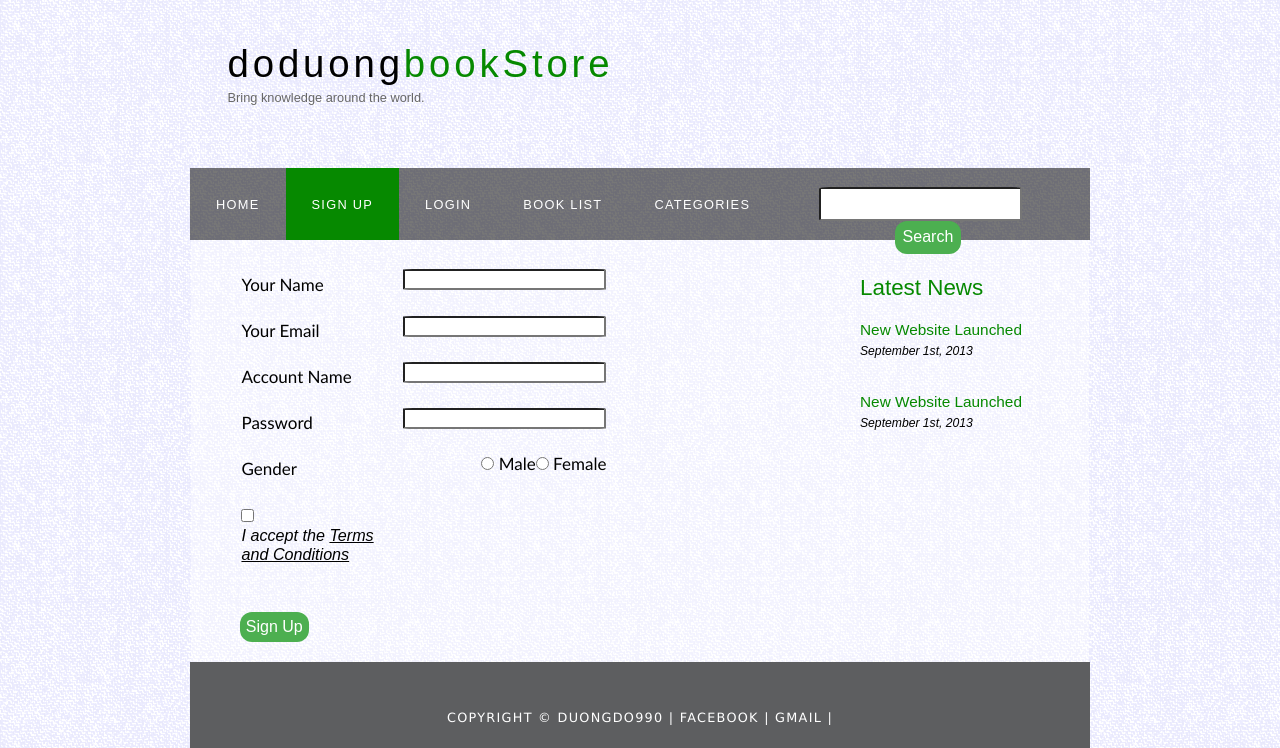
Repository: ngttuyen/JavaWeb
Page: http://localhost/MyWebsite/signup.jsp
The author's editor kept a copy of each file at every save. The page is drawn from the files as they stood at one save, then again after the next save.
The browser window is 1280 px wide. The pictures show the whole page.
The page is served by Tomcat 9.

Above is the page before, as saved 2019-06-01 13:00:42.

After the next save:
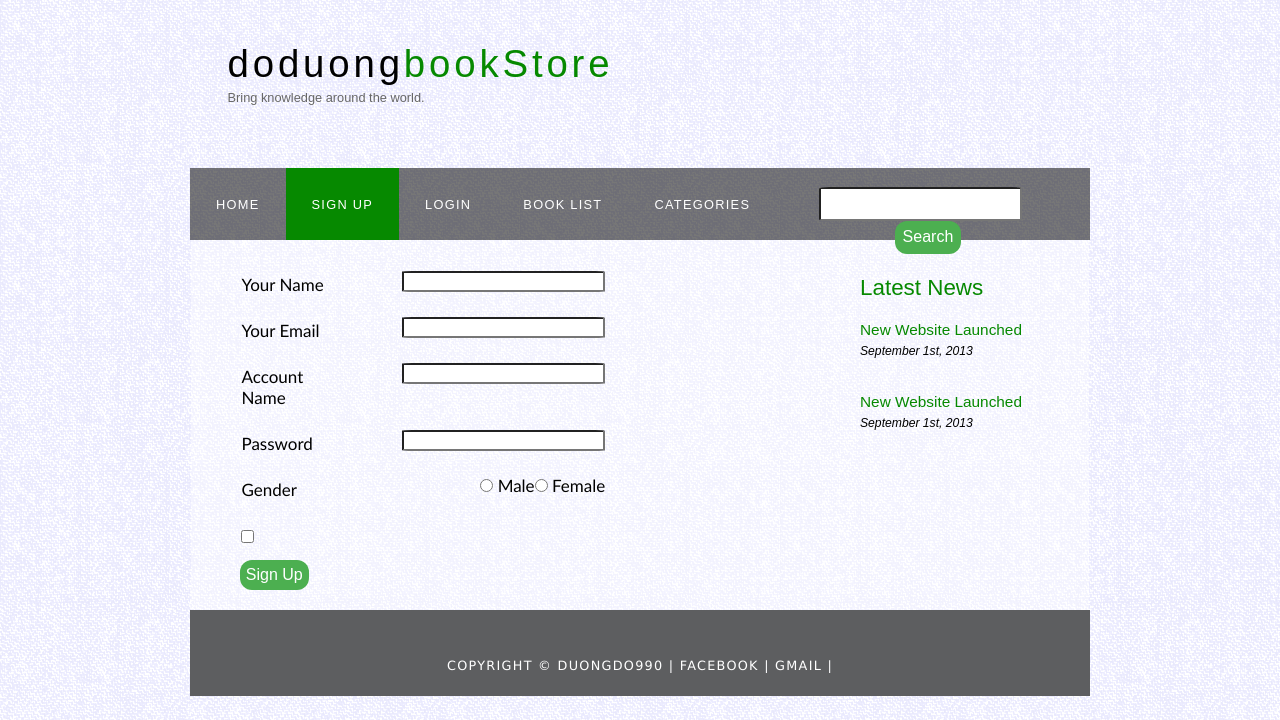
Saved 7 s later.
--- a/MyWebsite/WebContent/signup.jsp
+++ b/MyWebsite/WebContent/signup.jsp
@@ -62,11 +62,7 @@
 									Female</td>
 						</tr>
 						<tr>
-							<td><input type="checkbox" required name="terms">
-							<h5>
-									I accept the <u>Terms and Conditions</u>
-								</h5>
-								</p></td>
+							<td><input type="checkbox" required name="terms"></td>
 						</tr>
 					</table>
 
